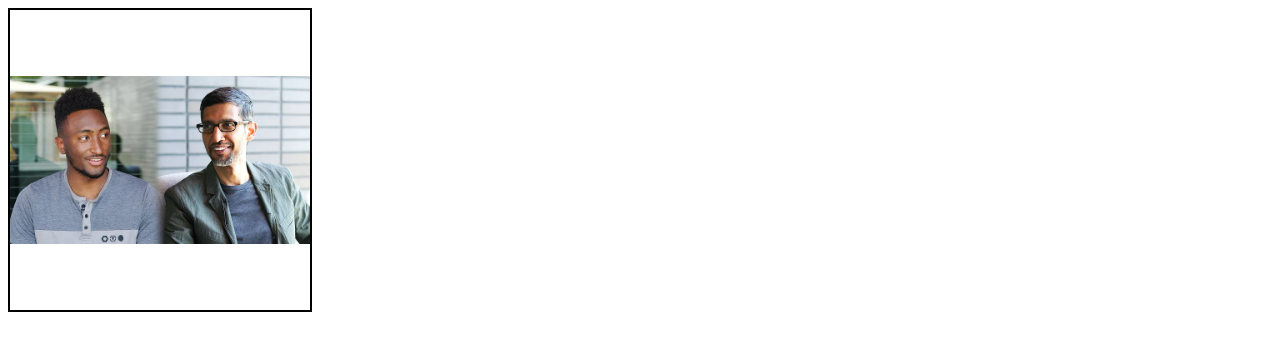
Repository: RagulRanjeeth/Frontend
Page: CloneYoutube/index.html
The author's editor kept a copy of each file at every save. The page is drawn from the files as they stood at one save, then again after the next save.
The browser window is 1280 px wide. The pictures show the whole page.

Above is the page before, as saved 2026-01-22 14:18:48.

After the next save:
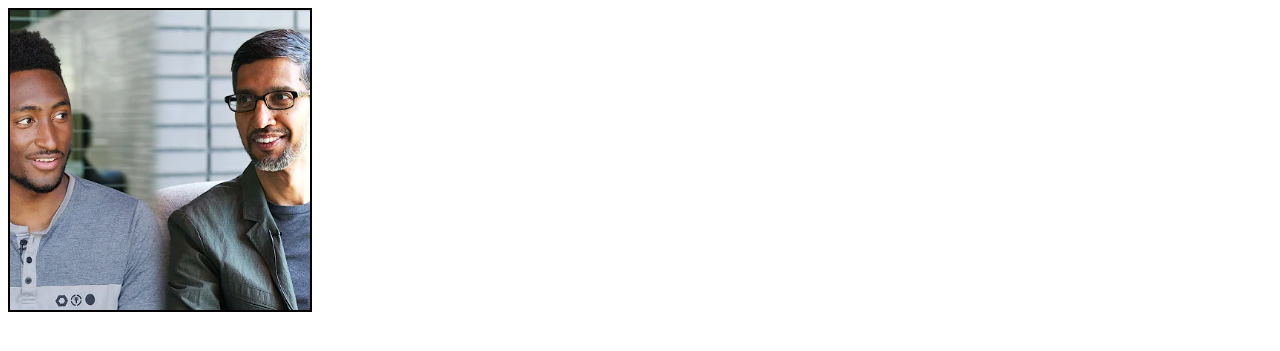
Saved 19 s later.
--- a/CloneYoutube/Styles.css
+++ b/CloneYoutube/Styles.css
@@ -1,8 +1,8 @@
 .Thumbnails{
     width: 300px;
     height:300px;
-    object-fit: contain;
-    object-position:center;
+    object-fit: cover;
+    object-position:;
     border-width: 2px;
     border-style:solid;
 }
